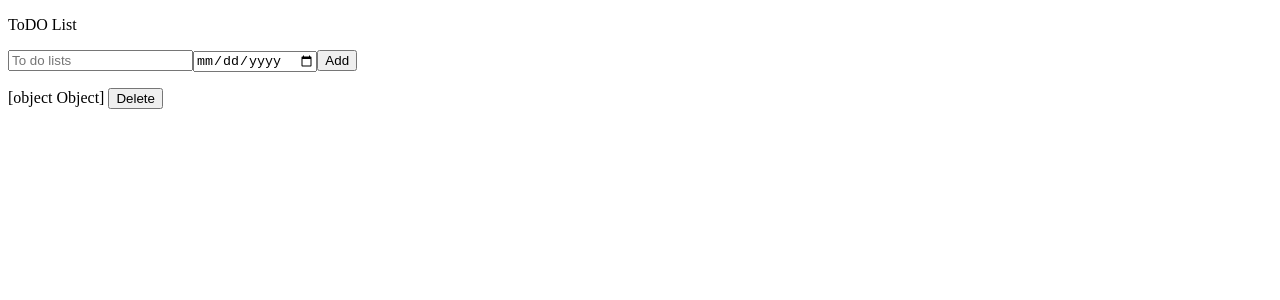
Repository: pgyunknown/ToDo-List
Page: index.html
An editor plug-in stored every save of this project. The page is shown before and after the next save, followed by the edit.
The browser window is 1280 px wide. The pictures show the whole page.

Above is the page before, as saved 2024-08-29 19:18:13.

After the next save:
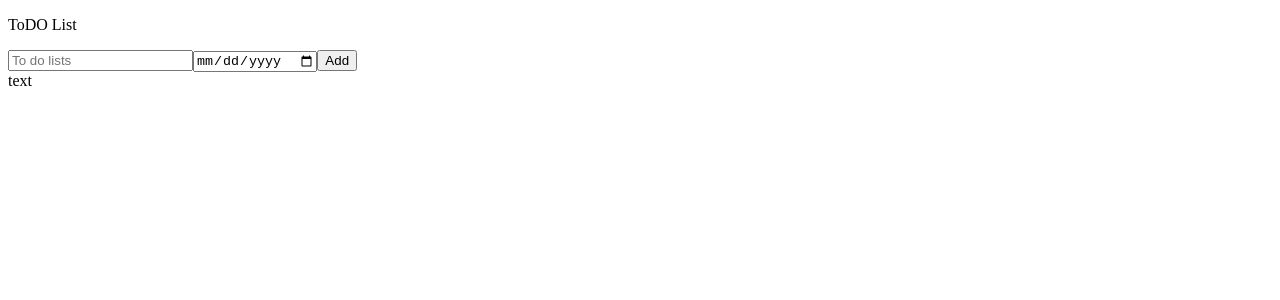
Console error: ReferenceError: duedate is not defined
Saved 6 s later.
--- a/index.js
+++ b/index.js
@@ -1,5 +1,5 @@
 const todoList=[{
-  name,
+  name,duedate
 }];
 
 eventList();

After the 3 saves that followed:
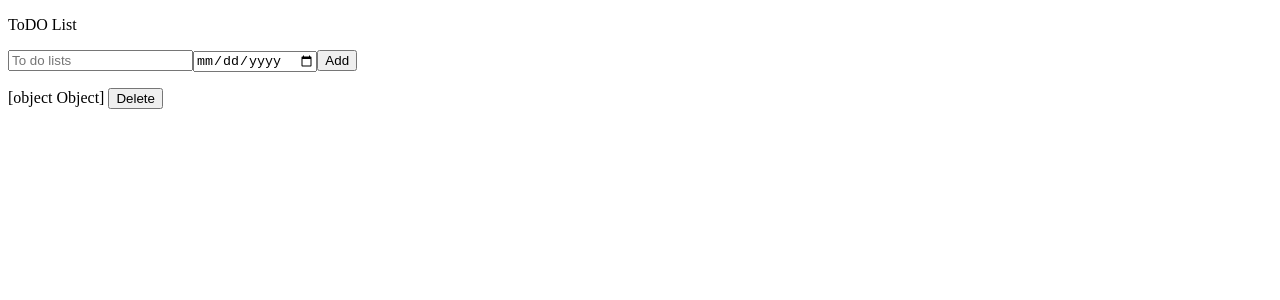
The error is gone.
The 3 saves are shown as one change because 2 left the picture as it was.
The last was saved 24 s later.
--- a/index.js
+++ b/index.js
@@ -1,5 +1,5 @@
 const todoList=[{
-  name,duedate
+  name:'',duedate:''
 }];
 
 eventList();
